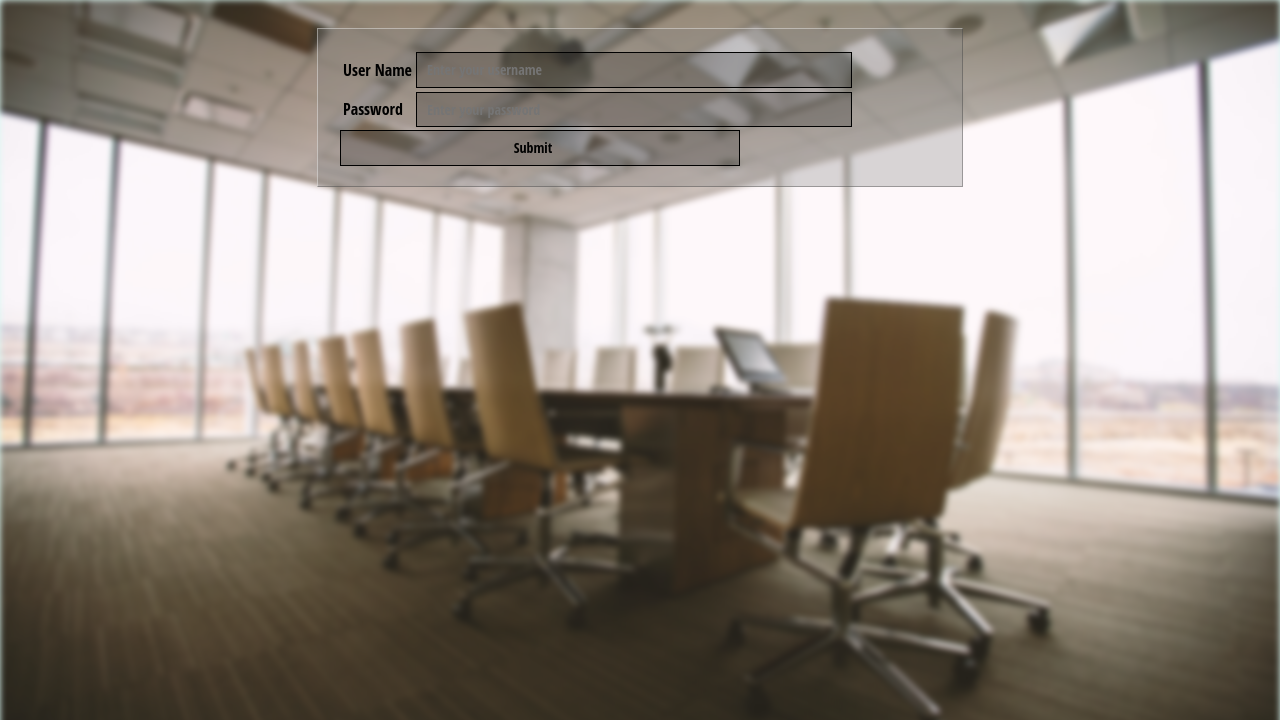
Repository: IT20643218/Employee-Management-System-OOP-Project-20-Y2S2
Page: http://localhost/EmployeeDemo/login.jsp
The author's editor kept a copy of each file at every save. The page is drawn from the files as they stood at one save, then again after the next save.
The browser window is 1280 px wide. The pictures show the whole page.
Some web fonts or font styles are not loaded; a fallback is used. The page is served by Tomcat 9. Nobody is signed in. The application's start-up code is not run. Other server files are loaded and not shown.

Above is the page before, as saved 2021-09-30 12:56:45.

### Java_Project/EmployeeDemo/src/main/webapp/login.jsp
<%@ page language="java" contentType="text/html; charset=ISO-8859-1"
    pageEncoding="ISO-8859-1"%>
<!DOCTYPE html>
<html>
<head>
<meta charset="ISO-8859-1">
<title>Insert title here</title>
</head>
<link rel="stylesheet" href="style1.css">
<style>
@import url(https://fonts.googleapis.com/css?family=Open+Sans+Condensed:700);

body {
  background-color: #daf7f3;
  font-family: "Open Sans Condensed", sans-serif;

}

#bg {
  position: fixed;
  left: 0;
  top: 0;
  width: 100%;
  height: 100%;
  background: url(images/login.jpg) no-repeat center center fixed;
  background-size: cover;
  -webkit-filter: blur(3px);
}

form {
  position: relative;
  width: 600px;
  margin: 0 auto;
  background: rgba(130,130,130,.3);
  padding: 20px 22px;
  border: 1px solid;
  border-top-color: rgba(255,255,255,.4);
  border-left-color: rgba(255,255,255,.4);
  border-bottom-color: rgba(60,60,60,.4);
  border-right-color: rgba(60,60,60,.4);
}

form input, form button {
	width: 400px;
	border: 1px solid;
	background-color: rgba(0,0,0,.2);
  	background-repeat: no-repeat;
  	padding: 8px 24px 8px 10px;
  	font: bold .875em/1.25em "Open Sans Condensed", sans-serif;
}


</style>
<body>
<div id="bg"></div>

<div>
	<form action="log" method="post">
	<table>
	<tr>
		<td>User Name</td>
		<td><input type="text" name="uid" placeholder="Enter your username" ></td>
	</tr>

	<tr>
		<td>Password</td>
		<td><input type="password" name="pass" placeholder="Enter your password" ></td>
	</tr>
	</table>

	<input type="submit" name="submit" value="Submit">

	</form>
</div>
</body>
</html>

### Java_Project/EmployeeDemo/src/main/webapp/exstyle/style1.css
@charset "ISO-8859-1";
div {
  border-radius: 5px;
  background-color: #f2f2f2;
  padding: 20px;
}

After the next save:
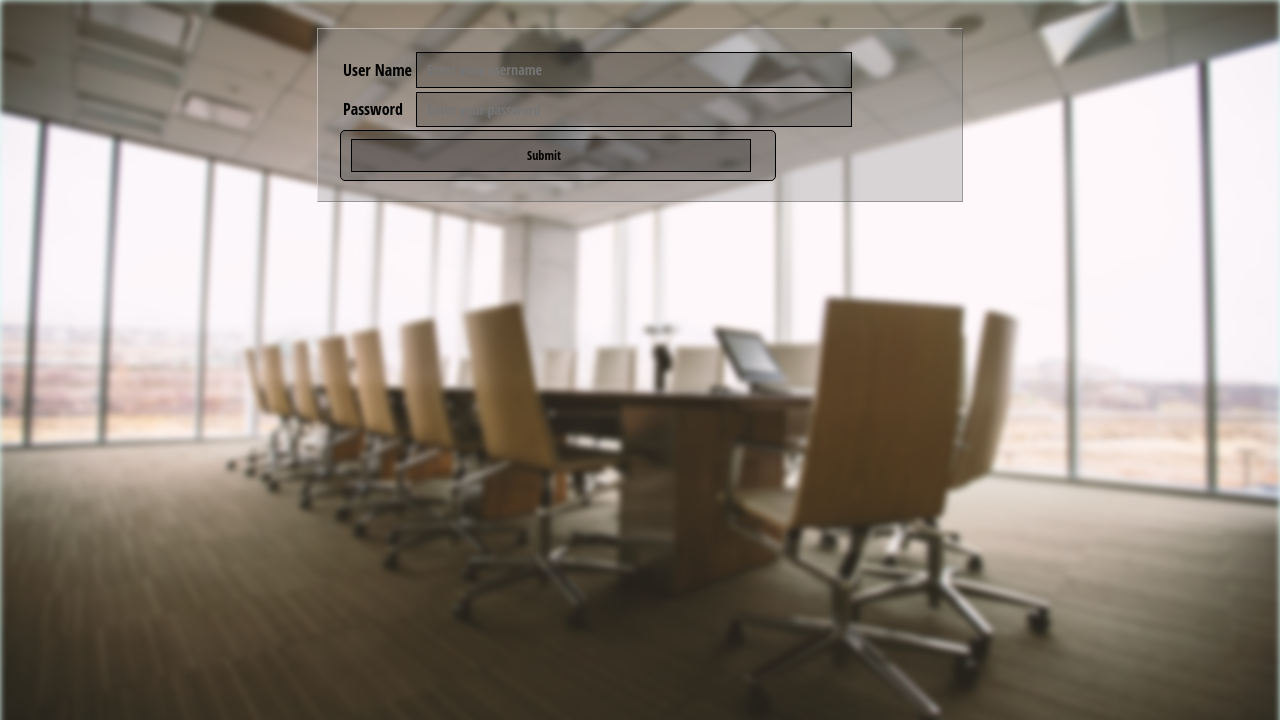
Saved 66 s later.
--- a/Java_Project/EmployeeDemo/src/main/webapp/login.jsp
+++ b/Java_Project/EmployeeDemo/src/main/webapp/login.jsp
@@ -48,6 +48,14 @@ form input, form button {
   	padding: 8px 24px 8px 10px;
   	font: bold .875em/1.25em "Open Sans Condensed", sans-serif;
 }
+#button{
+	width: 400px;
+	border: 1px solid;
+	background-color: rgba(0,0,0,.2);
+  	background-repeat: no-repeat;
+  	padding: 8px 24px 8px 10px;
+  	font: bold .875em/1.25em "Open Sans Condensed", sans-serif;
+}
 
 
 </style>
@@ -68,7 +76,9 @@ form input, form button {
 	</tr>
 	</table>
 
+	<div id="button">
 	<input type="submit" name="submit" value="Submit">
+	</div>
 
 	</form>
 </div>
